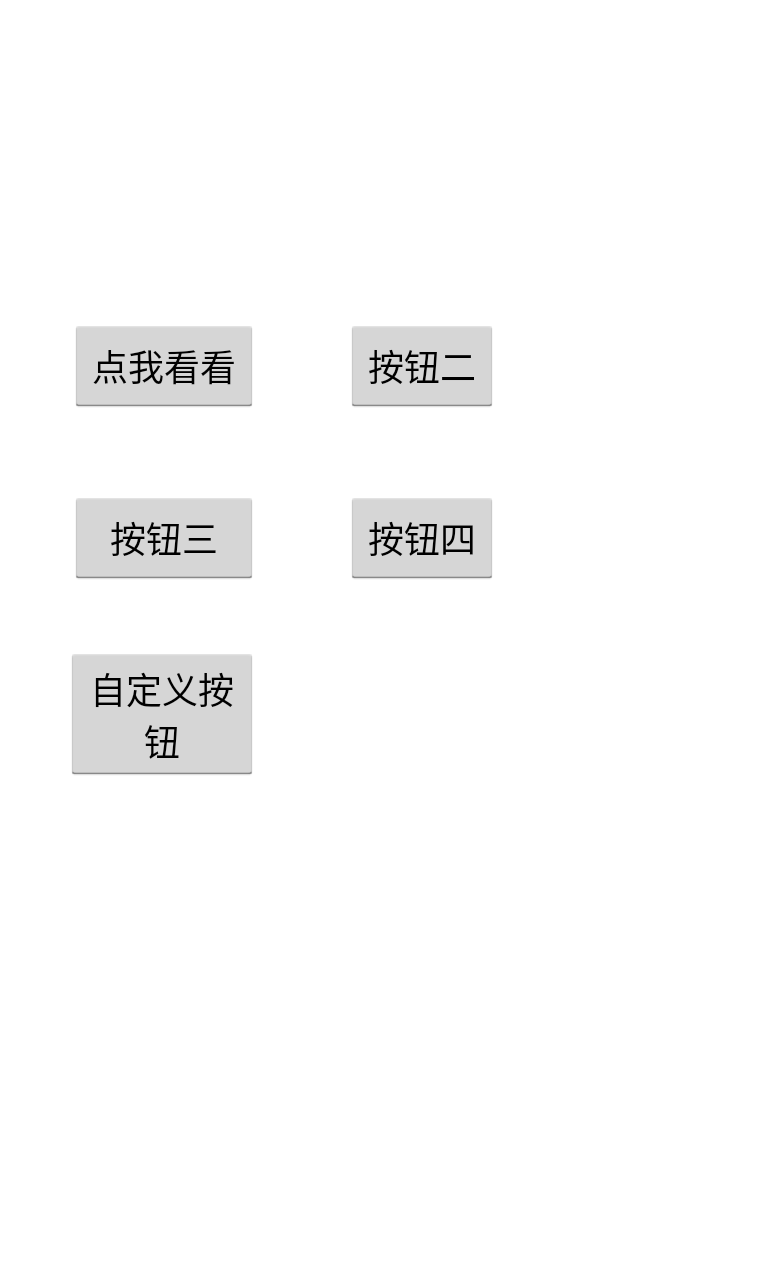
Repository: 17390089054/android
Layout: AlertDialog/res/layout/activity_main.xml
The author's editor kept a copy of each file at every save. The layout is drawn from the files as they stood at one save, then again after the next save.
It is drawn on a 768 x 1280 px phone screen (xhdpi) without system bars, with theme AppTheme; the app's code is not run.

Above is the layout before, as saved 2018-05-03 15:58:51.

After the next save:
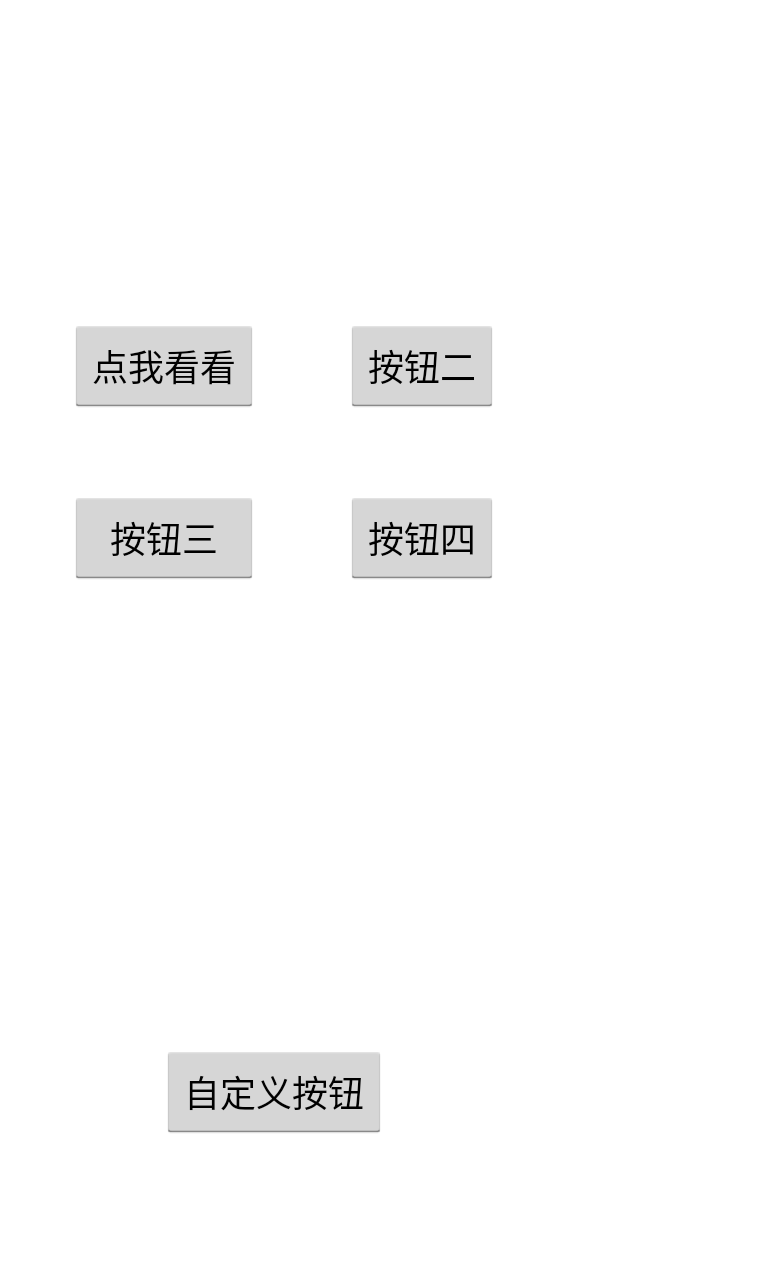
Saved 29 s later.
--- a/AlertDialog/res/layout/activity_main.xml
+++ b/AlertDialog/res/layout/activity_main.xml
@@ -54,11 +54,11 @@
         android:id="@+id/button5"
         android:layout_width="wrap_content"
         android:layout_height="wrap_content"
-        android:layout_alignParentLeft="true"
-        android:layout_alignRight="@+id/button3"
-        android:layout_below="@+id/button3"
-        android:layout_marginLeft="16dp"
-        android:layout_marginTop="30dp"
+        android:layout_alignLeft="@+id/button3"
+        android:layout_alignParentBottom="true"
+        android:layout_marginBottom="54dp"
+        android:layout_marginLeft="46dp"
+        android:onClick="test05"
         android:text="自定义按钮" />
 
 </RelativeLayout>
